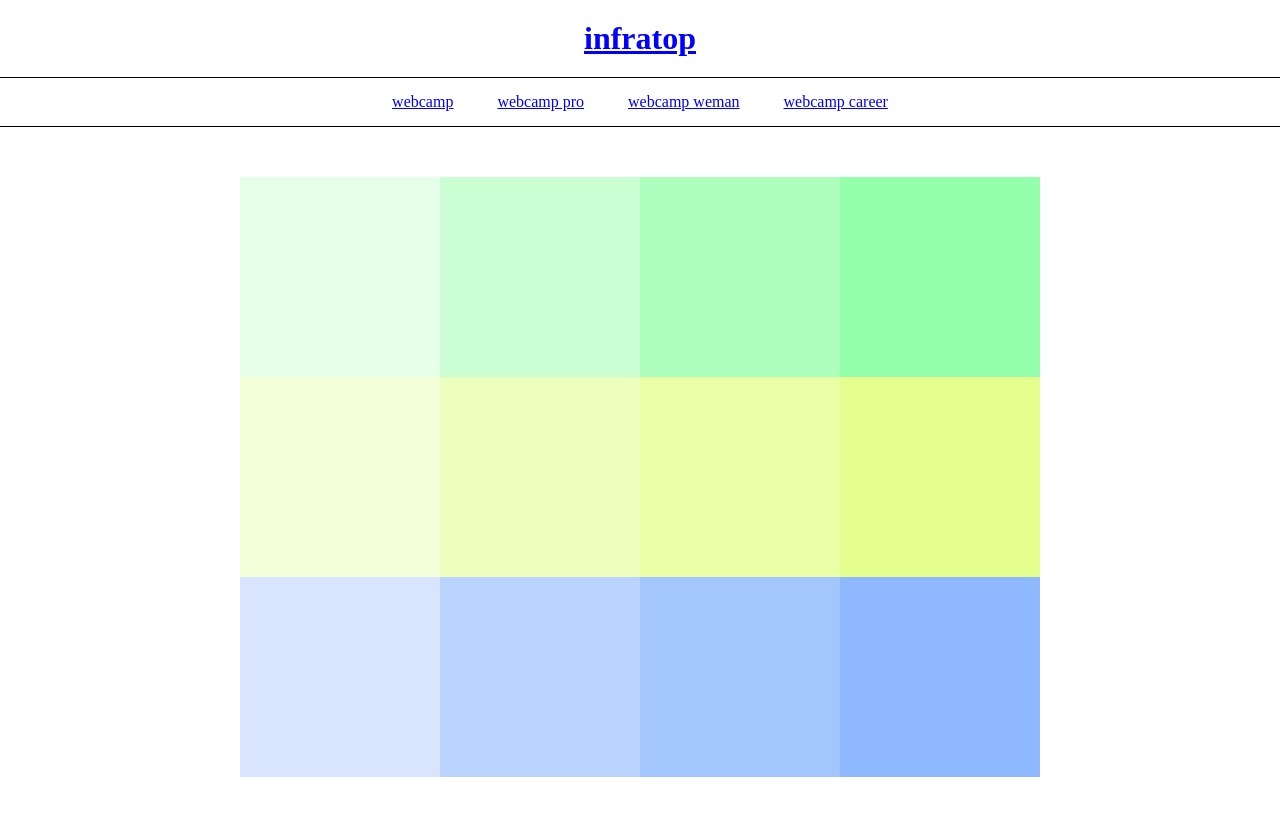
Repository: souta-miura/git-practice
Page: 1-5演習/1-5.html
The author's editor kept a record of every edit. The page is drawn from the files as they stood at one moment, then again after the next edit.
The browser window is 1280 px wide. The pictures show the whole page.

Above is the page before.

### 1-5演習/1-5.html
<!DOCTYPE html>
<html lang="ja">
  <head>
      <meta charset="UTF-8" />
      <link rel="stylesheet" href="1-5.css" />
      <title>chapter5</title>
  </head>

  <body>
      <header>
          <h1 class="heading">
              <a href="1-5.html">
                  infratop
              </a>
          </h1>
      </header>
      <nav>
          <ul class="nav-list">
              <li class="nav-list-item">
                <a href="1-5.html">webcamp</a>
              </li>
              <li class="nav-list-item">
                <a href="1-5.html">webcamp pro</a>
              </li>
              <li class="nav-list-item">
                <a href="1-5.html">webcamp weman</a>
              </li>
              <li class="nav-list-item">
                <a href="1-5.html">webcamp career</a>
              </li>
          </ul>
      </nav>
      <div class="main">
        <div class="g1"></div>
        <div class="g2"></div>
        <div class="g3"></div>
        <div class="g4"></div>
        <div class="y1"></div>
        <div class="y2"></div>
        <div class="y3"></div>
        <div class="y4"></div>
        <div class="b1"></div>
        <div class="b2"></div>
        <div class="b3"></div>
        <div class="b4"></div>
      </div>
  </body>
</html>

### 1-5演習/1-5.css
* {
  margin: 0;
  padding: 0;
  box-sizing: border-box;
}

a {
  color: blue;
}

header {
  width: 90%;
  padding: 20px 0;
  margin: 0 auto;
  text-align: center;
}

.nav-list {
  text-align: center;
  padding: 15px 0;
  margin: 0 auto;
  border-top: 1px solid black;
  border-bottom: 1px solid black;
}

.nav-list-item {
  list-style: none;
  display: inline-block;
  margin: 0 20px;
}

.main {
  width: 800px;
  margin: 50px auto;
  display: flex;
  flex-wrap: wrap;
}

.g1 {
  width: 200px;
  height: 200px;
  background-color: #e6ffe9;
}

.g2 {
  width: 200px;
  height: 200px;
  background-color: #cbffd3;
}

.g3 {
  width: 200px;
  height: 200px;
  background-color: #aeffbd;
}

.g4 {
  width: 200px;
  height: 200px;
  background-color: #93ffab;
}

.y1 {
  width: 200px;
  height: 200px;
  background-color: #f3ffd8;
}

.y2 {
  width: 200px;
  height: 200px;
  background-color: #edffbe;
}

.y3 {
  width: 200px;
  height: 200px;
  background-color: #e9ffa5;
}

.y4 {
  width: 200px;
  height: 200px;
  background-color: #e4ff8d;
}

.b1 {
  width: 200px;
  height: 200px;
  background-color: #d9e5ff;
}

.b2 {
  width: 200px;
  height: 200px;
  background-color: #bad3ff;
}

.b3 {
  width: 200px;
  height: 200px;
  background-color: #a4c6ff;
}

.b4 {
  width: 200px;
  height: 200px;
  background-color: #8eb8ff;
}

footer {
  width: 100%;
  height: 120px;
  text-align: center;
  line-height: 120px;
  background-color: #848282;
}

.footer-text {
  color: #fff;
}

After the next edit:
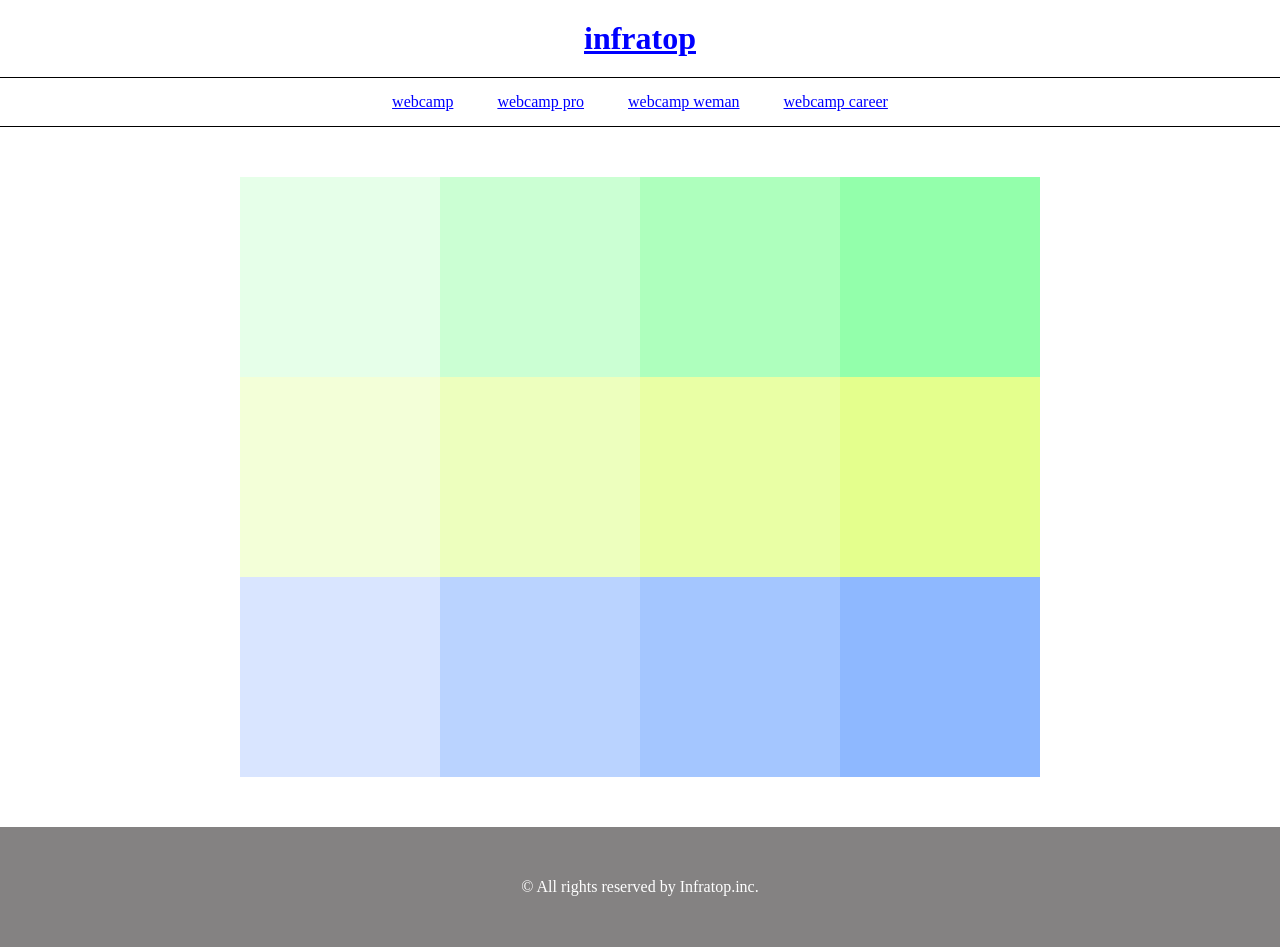
The edit:
--- a/1-5演習/1-5.html
+++ b/1-5演習/1-5.html
@@ -44,5 +44,8 @@
         <div class="b3"></div>
         <div class="b4"></div>
       </div>
+      <footer>
+        <p class="footer-text">© All rights reserved by Infratop.inc.</p>
+      </footer>
   </body>
 </html>
